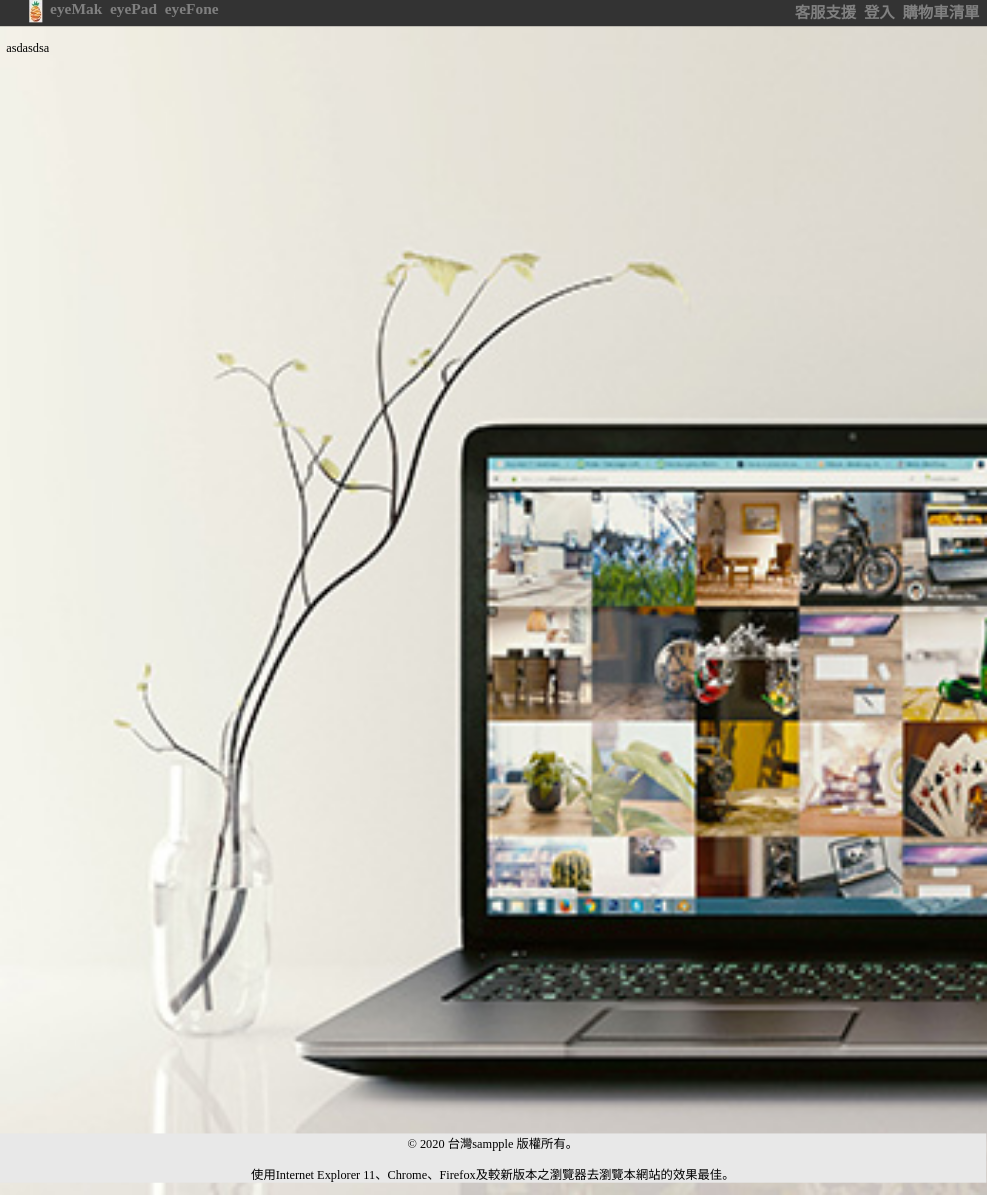
Repository: Vincent4142/NewFinalProject
Page: http://localhost/FinalProject/
An editor plug-in stored every save of this project. The page is shown before and after the next save, followed by the edit.
The browser window is 1280 px wide. The page is 1282 px wide, so the pictures cover 1282 px, including what lies to the right of the window. The pictures show the whole page, at 77% of full size.
The page is served by Tomcat 9. Other server files are loaded and not shown.

Above is the page before, as saved 2020-04-09 05:59:57.

### FinalProject/WebContent/index.jsp
<%@ page language="java" contentType="text/html; charset=UTF-8"
    pageEncoding="UTF-8"%>

<!DOCTYPE html>
<html>
<head>
<meta charset="UTF-8">
<title>index</title>
<style type="text/css">

	body{
		background-image: url(img/indexbackground.jpg);
		background-repeat: no-repeat;
    	background-size: cover;
	}

</style>
</head>
<body>

<%@ include file="fragment/indexTOP.jsp" %>



asdasdsa



<%@ include file="fragment/indexBOTTOM.jsp" %>
</body>
</html>

### FinalProject/WebContent/fragment/indexTOP.jsp
<%@ page language="java" contentType="text/html; charset=UTF-8"
	pageEncoding="UTF-8"%>
<!DOCTYPE html>
<html>
<head>
<meta charset="UTF-8">
<title>indexTOP</title>

<style type="text/css">
.nav {
	margin-top: -20px;
	margin-left: -10px;
	margin-right: -10px;
	background-color: black;
}
/* 主UL */
.navul {
	background: rgba(255, 255, 255, 0.2);
	list-style-type: none;
	font-weight: bolder;
	font-size: 20px;
	overflow: auto;
}

.navul li {
	border-radius: 5px;
	margin-left: 0px;
	margin-right: 10px;
	float: left;
	display: block;
	position: static;
}

.navul li a {
	text-decoration: none;
	color: gray;
}

.navul li a:hover {
	color: white;
}

#navright {
	float: right;
}
</style>

</head>
<body>

	<nav class="nav" style="text-align: center;">

		<ul class="navul">
			<li><a href="index.jsp"><img alt="logo" src="img/pineapple.jpg"></a></li>
			<li><a href="eyeMakPage.jsp">eyeMak</a></li>
			<li><a href="eyePadPage.jsp">eyePad</a></li>
			<li><a href="eyeFonePage.jsp">eyeFone</a></li>

			<div id="navright">
				<li><a href="customerServicePage.jsp">客服支援</a></li>
				<li><a href="LoginPage.jsp">登入</a></li>
				<li><a href="shoppingcartPage.jsp">購物車清單</a></li>
			</div>
		</ul>

	</nav>

</body>
</html>

### FinalProject/WebContent/fragment/indexBOTTOM.jsp
<%@ page language="java" contentType="text/html; charset=UTF-8"
    pageEncoding="UTF-8"%>
<!DOCTYPE html>
<html>
<head>
<meta charset="UTF-8">
<title>indexBOTTOM</title>

<style type="text/css">

	#bottom{
		background-color:#E8E8E8;
		text-align: center;
		margin-top: 1400px;
  		margin-left: -9px;
		margin-right: -9px;
		margin-bottom: 0px;
	}

</style>

</head>
<body>
	<div id="bottom">
		<p>© 2020 台灣sampple 版權所有。</p>

		<p>使用Internet Explorer 11、Chrome、Firefox及較新版本之瀏覽器去瀏覽本網站的效果最佳。</p>
	</div>
</body>
</html>

After the next save:
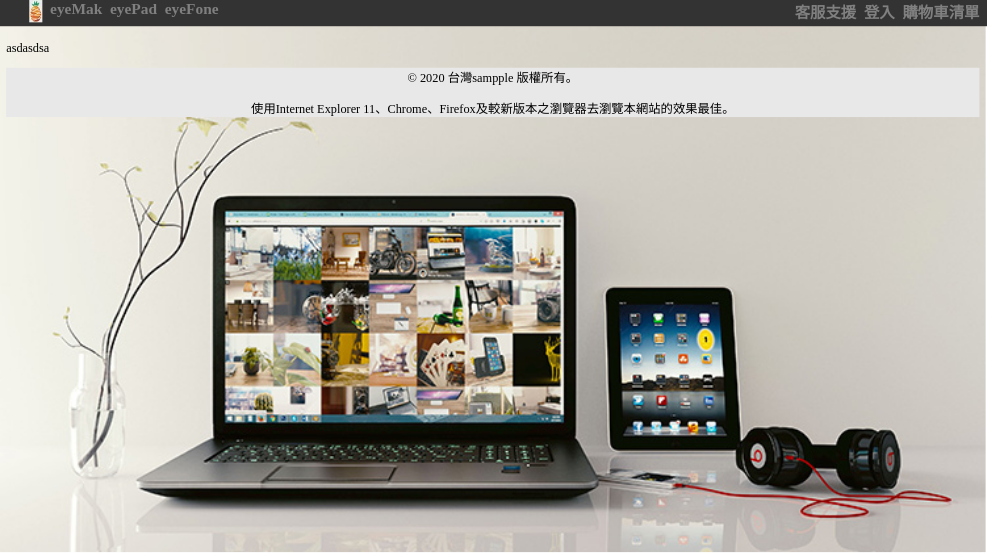
Saved 16 s later.
--- a/FinalProject/WebContent/fragment/indexBOTTOM.jsp
+++ b/FinalProject/WebContent/fragment/indexBOTTOM.jsp
@@ -11,10 +11,7 @@
 	#bottom{
 		background-color:#E8E8E8;
 		text-align: center;
-		margin-top: 1400px;
-  		margin-left: -9px;
-		margin-right: -9px;
-		margin-bottom: 0px;
+
 	}
 
 </style>
